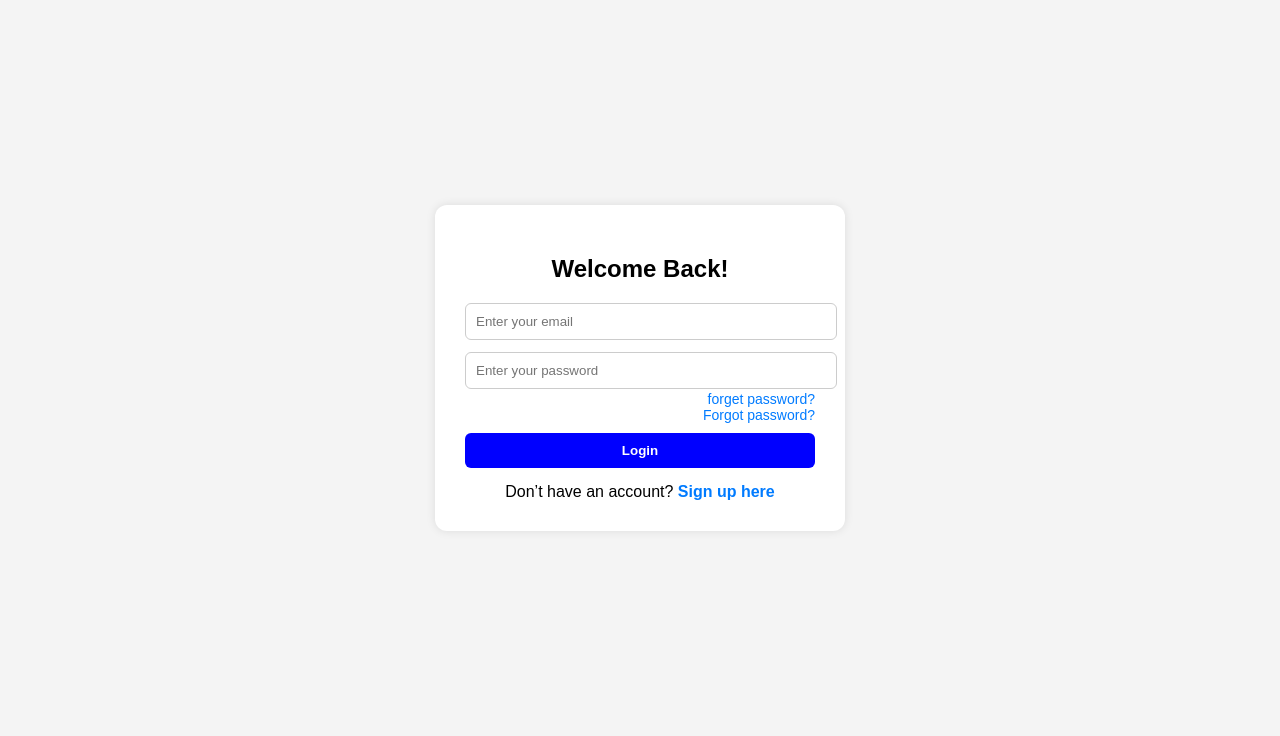
Repository: chennammal15saravanan/Super_Admin
Page: http://localhost/
The author's editor kept a copy of each file at every save. The page is drawn from the files as they stood at one save, then again after a run of saves.
The browser window is 1280 px wide. The pictures show the whole page.
The page is served by the project's application, run on Flask 3 (app.py).

Above is the page before, as saved 2025-06-14 11:15:00.

### templates/loginsignup.html
<!DOCTYPE html>
<html lang="en">
<head>
  <meta charset="UTF-8" />
  <meta name="viewport" content="width=device-width, initial-scale=1.0"/>
  <title>Login & Sign-Up</title>
  <link rel="stylesheet" type="text/css" href="{{ url_for('static', filename='css/login.css') }}">

<body>

  <div class="container">
    <!-- Login Form -->
    <form id="login-form">
      <h2>Welcome Back!</h2>
      <input type="email" id="login-email" placeholder="Enter your email" required />
      <input type="password" id="login-password" placeholder="Enter your password" required />
      <a hreflang="en" href="#" class  ="forget-password">forget password?</a>
      <a href="/forgot-password" class="forget-password">Forgot password?</a>

      <button type="submit">Login</button>
      <div class="toggle-text">
        Don’t have an account? <a onclick="showSignUp()">Sign up here</a>
      </div>
    </form>

    <!-- Sign-Up Form -->
    <form id="signup-form" class="hidden">
      <h2>Create Your Account</h2>
      <input type="text" id="signup-username" placeholder="Enter username" required />
      <input type="email" id="signup-email" placeholder="Enter your email" required />
      <input type="password" id="signup-password" placeholder="Create a password" required />
      <input type="password" id="signup-repassword" placeholder="Re-enter password" required />
      <div class="checkbox">
        <label><input type="checkbox" id="terms" required /> I agree to the Terms</label>
      </div>
      <button type="submit">Sign Up</button>
      <div class="toggle-text">
        Already have an account? <a onclick="showLogin()">Login here</a>
      </div>
    </form>
  </div>

  <script src="{{ url_for('static', filename='js/auth.js') }}"></script>
</body>
</html>

### app.py
from flask import Flask, request, jsonify, render_template
from flask_cors import CORS
import sqlite3
import hashlib

app = Flask(__name__, template_folder="templates")
CORS(app)

# ✅ Serve frontend HTML at root
@app.route("/")
def home():
    return render_template("loginsignup.html")  # Your login/signup page

# ✅ Dashboard route
@app.route("/dashboard")
def dashboard():
    return render_template("dashboard.html")  # Page after successful login

# ✅ Initialize SQLite DB
def init_db():
    conn = sqlite3.connect('users.db')
    c = conn.cursor()
    c.execute('''CREATE TABLE IF NOT EXISTS users (
        id INTEGER PRIMARY KEY AUTOINCREMENT,
        username TEXT,
        email TEXT UNIQUE,
        password TEXT
    )''')
    conn.commit()
    conn.close()

# ✅ Password hashing (SHA256)
def hash_password(password):
    return hashlib.sha256(password.encode()).hexdigest()

# ✅ Signup endpoint
@app.route('/signup', methods=['POST'])
def signup():
    data = request.json
    username = data['username']
    email = data['email']
    password = hash_password(data['password'])

    try:
        conn = sqlite3.connect('users.db')
        c = conn.cursor()
        c.execute("INSERT INTO users (username, email, password) VALUES (?, ?, ?)",
                  (username, email, password))
        conn.commit()
        return jsonify({'status': 'success', 'message': 'User registered successfully'})
    except sqlite3.IntegrityError:
        return jsonify({'status': 'error', 'message': 'Email already exists'})
    finally:
        conn.close()

# ✅ Login endpoint
@app.route('/login', methods=['POST'])
def login():
    data = request.json
    email = data['email']
    password = hash_password(data['password'])

    conn = sqlite3.connect('users.db')
    c = conn.cursor()
    c.execute("SELECT * FROM users WHERE email = ? AND password = ?", (email, password))
    user = c.fetchone()
    conn.close()

    if user:
        return jsonify({'status': 'success', 'message': f'Welcome back, {user[1]}!'})
    else:
        return jsonify({'status': 'error', 'message': 'Invalid email or password'})

# ✅ Start server
if __name__ == '__main__':
    init_db()
    app.run(debug=True)

### static/css/login.css
body {
  font-family: Arial, sans-serif;
  background-color: #f4f4f4;
  display: flex;
  justify-content: center;
  align-items: center;
  height: 100vh;
}

.container {
  width: 350px;
  background: #fff;
  padding: 30px;
  border-radius: 12px;
  box-shadow: 0 0 10px rgba(0,0,0,0.1);
}

h2 {
  text-align: center;
  margin-bottom: 20px;
}

input[type="text"],
input[type="email"],
input[type="password"] {
  width: 100%;
  padding: 10px;
  margin-bottom: 12px;
  border: 1px solid #ccc;
  border-radius: 6px;
}
.forget-password {
  display: block;
  text-align: right;
  font-size: 14px;
  margin-top: -10px;
  margin-bottom: 10px;
  color: #007BFF; /* Bootstrap blue */
  text-decoration: none;
}

.forget-password:hover {
  text-decoration: underline;
  color: #0056b3;
}


button {
  width: 100%;
  padding: 10px;
  background-color: blue;
  border: none;
  color: white;
  font-weight: bold;
  border-radius: 6px;
  cursor: pointer;
}

.toggle-text {
  text-align: center;
  margin-top: 15px;
}

.toggle-text a {
  color: #007BFF;
  text-decoration: none;
  font-weight: bold;
  cursor: pointer;
}

.hidden {
  display: none;
}

.checkbox {
  text-align: left;
  font-size: 14px;
}

### static/js/auth.js
// Show Login Form
function showLogin() {
  document.getElementById("signup-form").classList.add("hidden");
  document.getElementById("login-form").classList.remove("hidden");
}

// Show Sign-Up Form
function showSignUp() {
  document.getElementById("login-form").classList.add("hidden");
  document.getElementById("signup-form").classList.remove("hidden");
}

// Login Form Submission
document.getElementById("login-form").addEventListener("submit", async function (e) {
  e.preventDefault();

  const email = document.getElementById("login-email").value;
  const password = document.getElementById("login-password").value;

  try {
    const response = await fetch("http://127.0.0.1:5000/login", {
      method: "POST",
      headers: { "Content-Type": "application/json" },
      body: JSON.stringify({ email, password })
    });

    const result = await response.json();

    if (result.status === "success") {
      alert("✅ " + result.message);
      window.location.href = "/dashboard";  // Redirect to dashboard
    } else {
      alert("❌ " + result.message);
    }

  } catch (error) {
    console.error("Login error:", error);
    alert("⚠️ Failed to connect to the server.");
  }
});

After the next 3 saves:
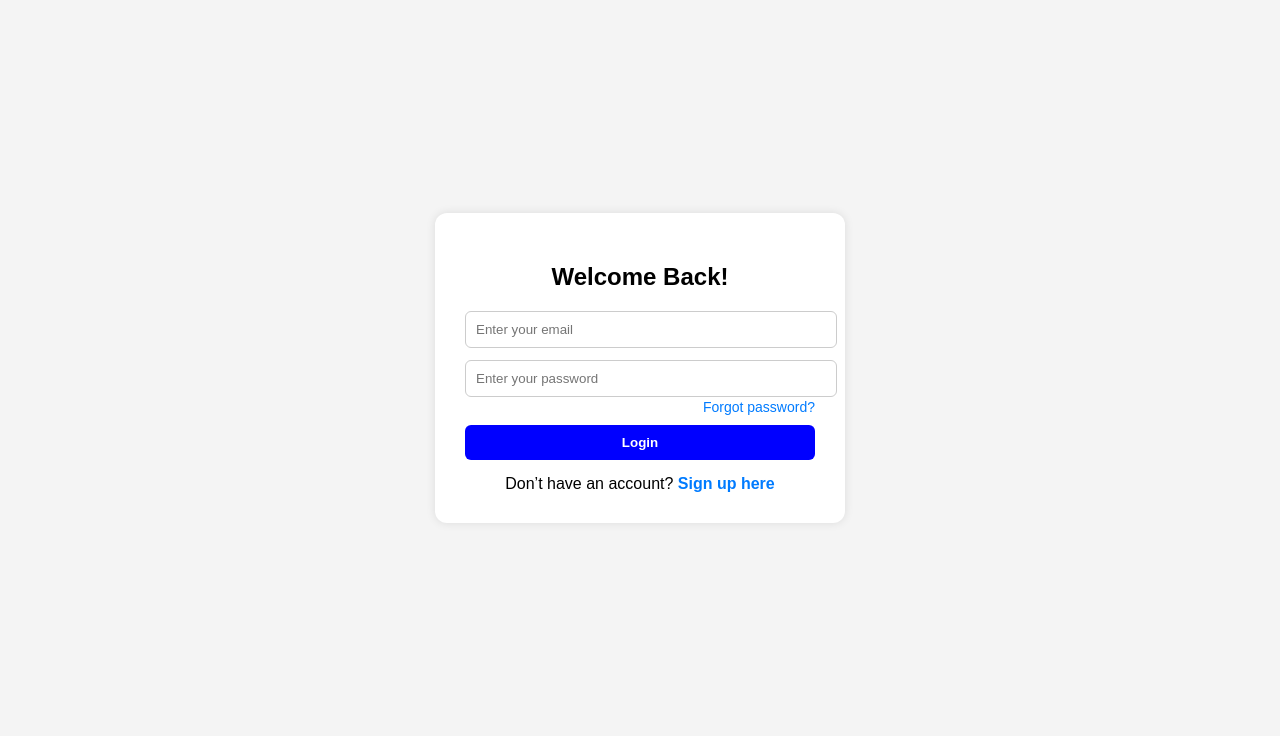
The 3 saves are shown as one change because they came seconds apart.
The last was saved 26 s later.
--- a/templates/loginsignup.html
+++ b/templates/loginsignup.html
@@ -14,7 +14,7 @@
       <h2>Welcome Back!</h2>
       <input type="email" id="login-email" placeholder="Enter your email" required />
       <input type="password" id="login-password" placeholder="Enter your password" required />
-      <a hreflang="en" href="#" class  ="forget-password">forget password?</a>
+
       <a href="/forgot-password" class="forget-password">Forgot password?</a>
 
       <button type="submit">Login</button>
